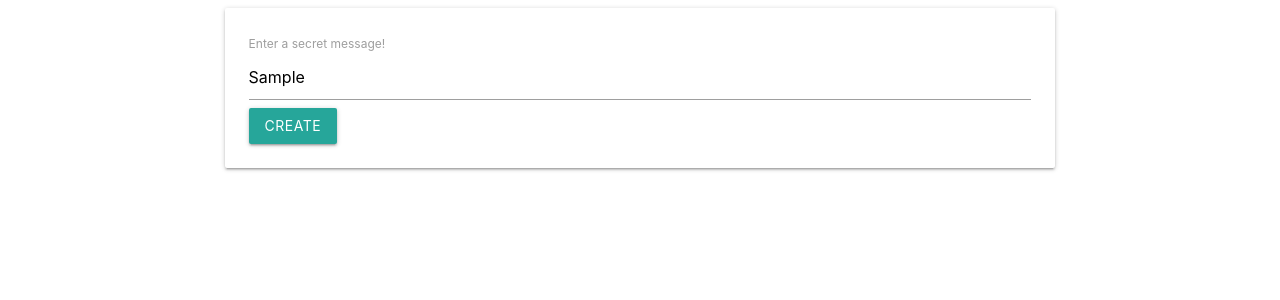
Repository: Sbethm/secret-message-sharing-app
Page: index.html
The author's editor kept a copy of each file at every save. The page is drawn from the files as they stood at one save, then again after the next save.
The browser window is 1280 px wide. The pictures show the whole page.
Empty fields were first filled with sample values (such as "Sample", 5 or name@example.com).
After loading, the first visible `form` was submitted once.

Above is the page before, as saved 2021-10-13 15:11:13.
Console error: TypeError: message.value.select is not a function

### index.html
<!DOCTYPE html>
<html lang="en">
<head>
    <meta charset="UTF-8">
    <meta http-equiv="X-UA-Compatible" content="IE=edge">
    <meta name="viewport" content="width=device-width, initial-scale=1.0">
    <link rel="stylesheet" href="https://cdnjs.cloudflare.com/ajax/libs/materialize/1.0.0/css/materialize.min.css">
    <title>Secret Message Sharing App with Friends!</title>
</head>
<body>
    <div class="row">
        <div class="col s8 offset-s2">
            <div class="card-panel">
                <form>
                    <label>Enter a secret message!</label>
                    <input class='message-input'/>
                    <button class="btn">Create</button>
                </form>
            </div>
            <div class="card-panel hide">
                Share this link with a friend
                <input id="link-input" type="text" />
            </div>
        </div>
    </div>
    <script src="apps.js"></script>
</body>
</html>

### apps.js
document.querySelector('form').addEventListener('submit', event => {
    event.preventDefault();

    const input = document.querySelector('.message-input');
    const encrypted = btoa(input.value);


    const message = document.querySelector('#link-input');
    message.value = `${window.location}#${encrypted}`;
    message.value.select();

    message.classList.toggle('hide');
    input.classList.toggle('hide');
})

After the next save:
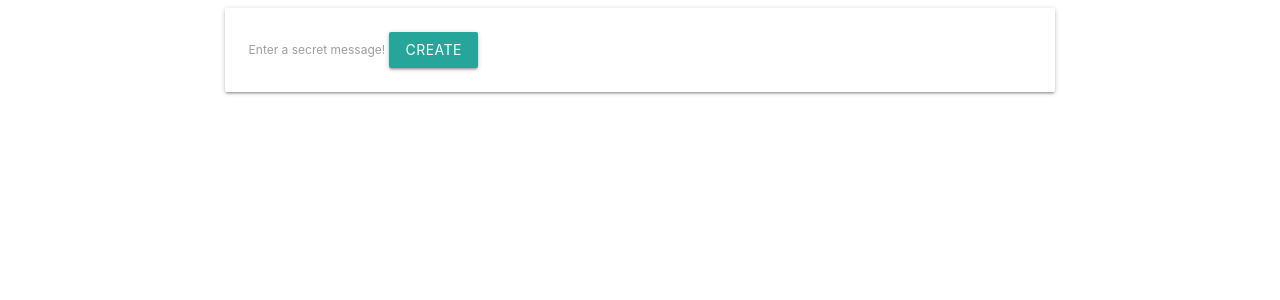
The error is gone.
Saved 13 s later.
--- a/apps.js
+++ b/apps.js
@@ -7,7 +7,7 @@
 
     const message = document.querySelector('#link-input');
     message.value = `${window.location}#${encrypted}`;
-    message.value.select();
+    message.select();
 
     message.classList.toggle('hide');
     input.classList.toggle('hide');
